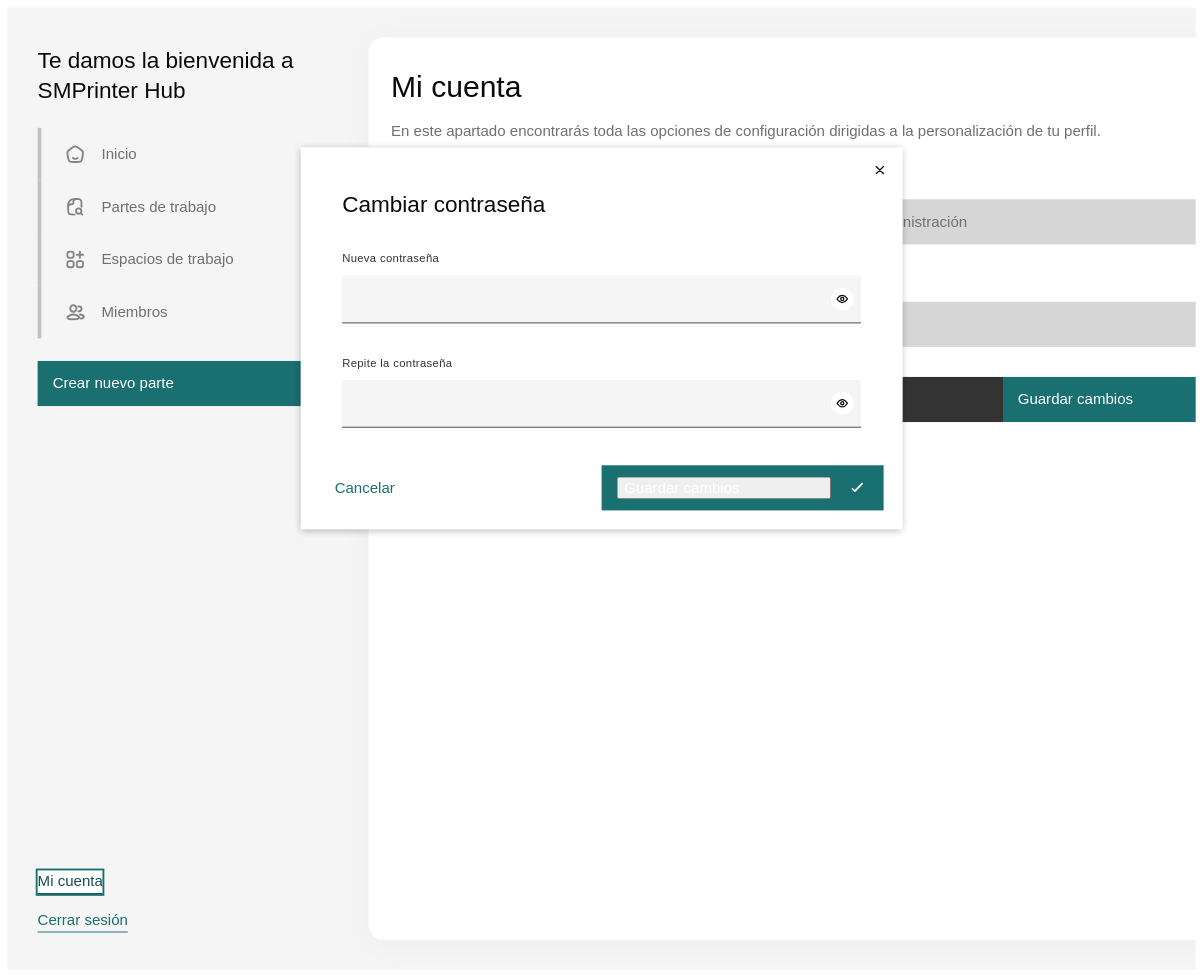
Repository: estudiocarmina/SMPrinterHub
Page: smprinter/smprinter/src/main/webapp/miCuenta.html
These files come from the project's save history. The page is drawn as it stood at one moment and after the next save; the edit follows.
The browser window is 1280 px wide. The pictures show the whole page, at 94% of full size.

Above is the page before, as saved 2024-06-04 09:10:31.

After the next save:
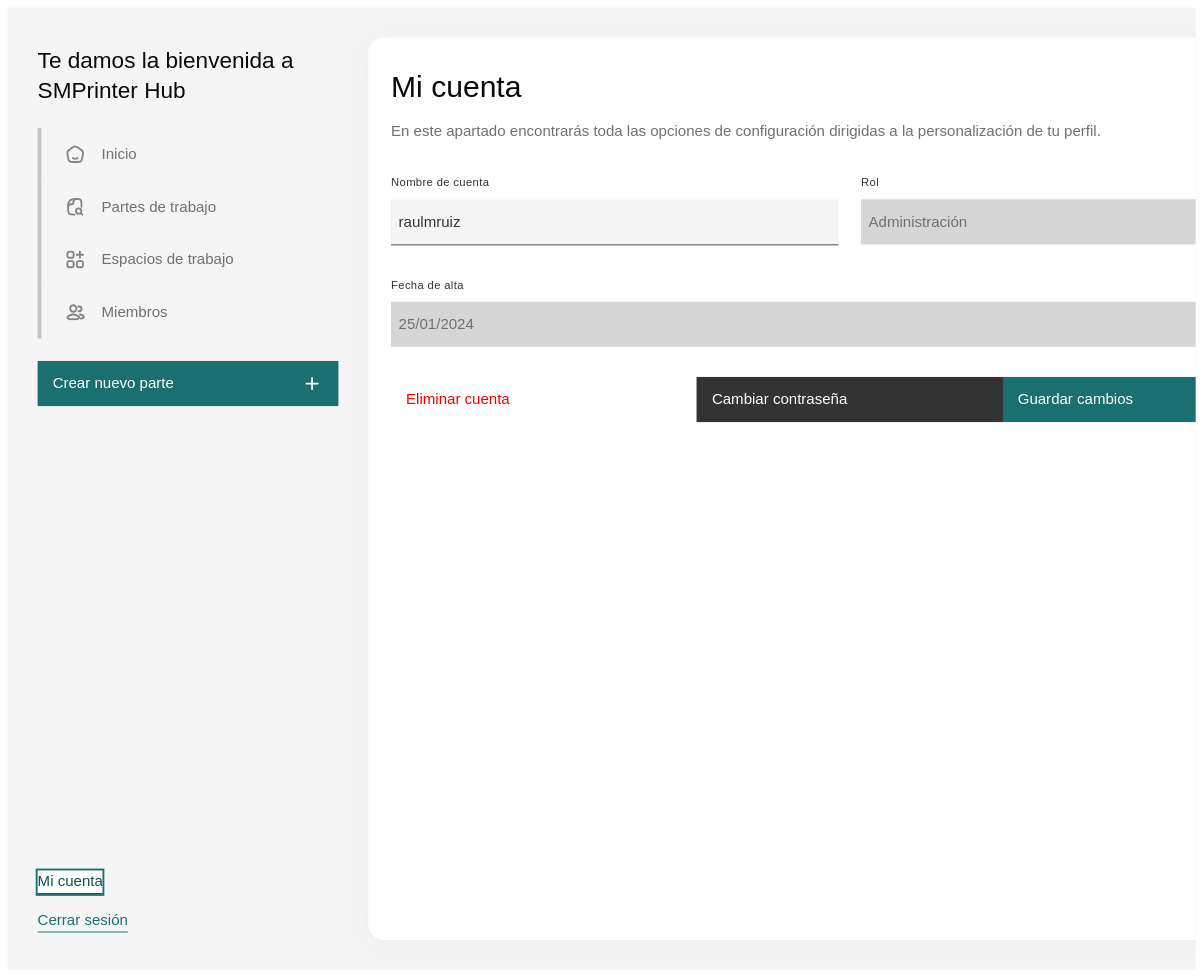
Saved 28 s later.
--- a/smprinter/smprinter/src/main/webapp/miCuenta.html
+++ b/smprinter/smprinter/src/main/webapp/miCuenta.html
@@ -118,7 +118,7 @@
 		      </div>
 		    </div>
 		  </div>
-		  <dialog id="dialog1" open>
+		  <dialog id="dialog1">
 		  <form action="editarContra" method="post">
 		  	<div class="modal">
 			  <div class="headerModal">
